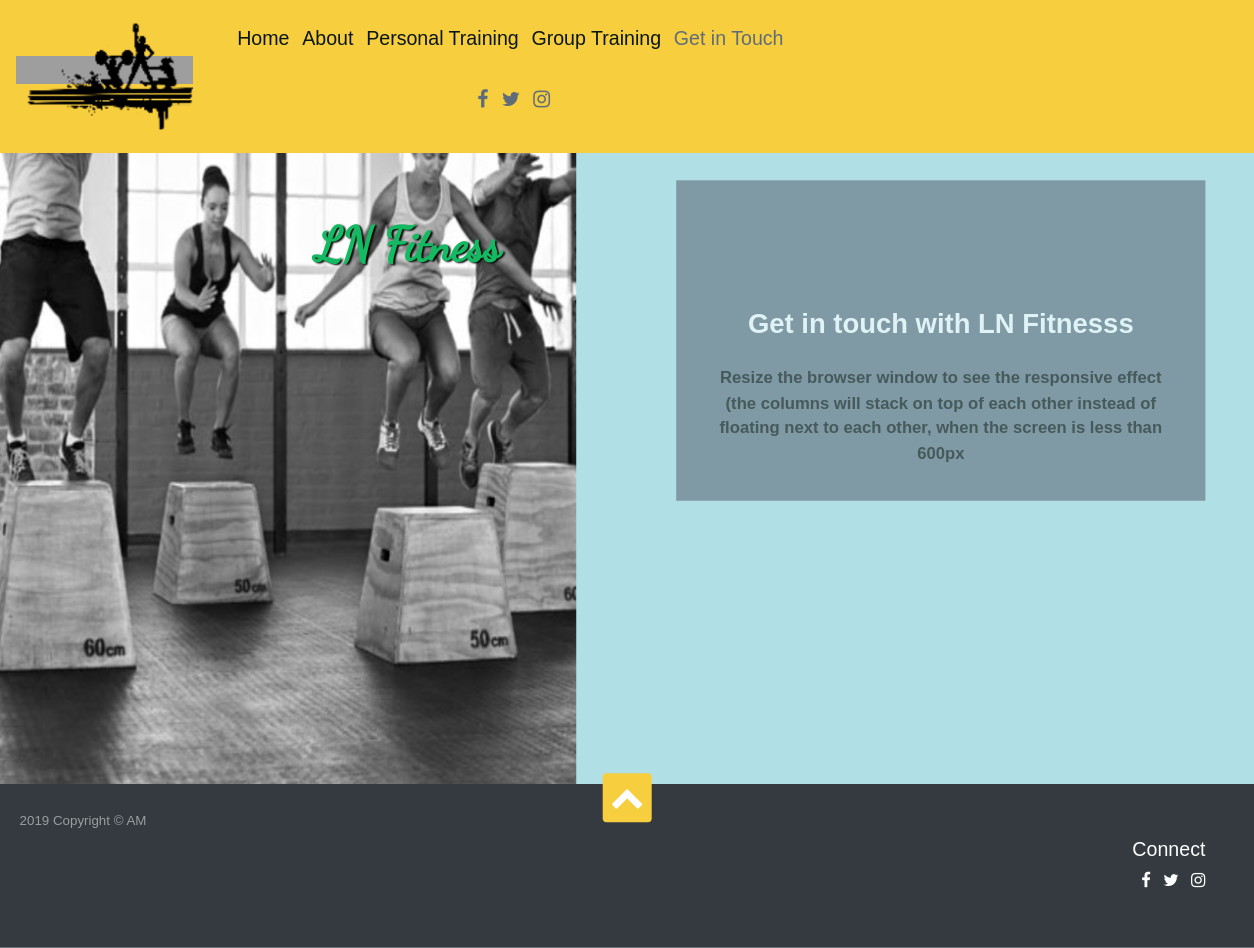
Repository: murphya14/Fitness-webpage
Page: get-in-touch.html
The author's editor kept a record of every edit. The page is drawn from the files as they stood at one moment, then again after the next edit.
The browser window is 1280 px wide. The pictures show the whole page, at 98% of full size.
Pictures or frames that could not be fetched are drawn as grey boxes. Some web libraries are served in a nearby version.

Above is the page before.

### get-in-touch.html
<!DOCTYPE html>
<html lang="en">

<head>
  <meta charset="UTF-8">
  <meta name="viewport" content="width=device-width, initial-scale=1.0">
  <meta http-equiv="X-UA-Compatible" content="ie=edge">
  <link rel="stylesheet" href="https://stackpath.bootstrapcdn.com/bootstrap/4.3.1/css/bootstrap.min.css" <link rel="stylesheet" href="https://stackpath.bootstrapcdn.com/font-awesome/4.7.0/css/font-awesome.min.css" type="text/css" />
  <link rel="stylesheet" href="assets/css/style.css" />
  <link rel="shortcut icon" type="image/x-icon" href="assets/favicon.ico">
  <link rel="stylesheet" href="https://cdnjs.cloudflare.com/ajax/libs/font-awesome/4.7.0/css/font-awesome.min.css">
  <link rel="stylesheet" type="text/css" href="//fonts.googleapis.com/css?family=Dancing+Script" />
   <script src="https://code.jquery.com/jquery-3.2.1.slim.min.js" integrity="sha384-KJ3o2DKtIkvYIK3UENzmM7KCkRr/rE9/Qpg6aAZGJwFDMVNA/GpGFF93hXpG5KkN" crossorigin="anonymous"></script>
  <title>Home</title>
</head>

<body>



  <header>
    <!-- Logo and Nav bar-->
    <!-- Used help from Stack overflow: https://stackoverflow.com/questions/23949804/how-to-change-link-color-bootstrap-->


    <nav class=" container-fliud navbar navbar-expand-lg navbar-custom  fixed-top navbar-light topnav">
      <div><a class="logo " href="index.html">
          <img src="assets/images/logo.png" alt="logo">
        </a></div>


      <div>
        <div>
          <ul class="nav justify-content-center container-fluid">

            <li class="nav-item">
              <a class="nav-link" href="index.html">Home</a>
            </li>
            <li class="nav-item ">
              <a class="nav-link" href="about.html">About</a>
            </li>
            <li class="nav-item  ">
              <a class="nav-link" href="personal-training.html">Personal Training</a>
              <li class="nav-item ">
                <a class="nav-link" href="group-training.html">Group Training</a>
              </li>
              <li class="nav-item ">
                <a class="nav-link" id="active" href="get-in-touch.html">Get in Touch</a>
              </li>
          </ul>

        </div>
        <!-- Select menu for Nav bar for smaller devices-->

        <select id="select">
    <option value="index.html" >Home</div>
    <option value="about.html" >About</option>
    <option value="personal-training.html">Personal Training</option>
    <option value="group-training" >Group Training</option>
    <option value="get-in-touch" selected="selected">Get in Touch</option>
  </select>

        <!-- Social links-->

        <div class="row no-gutters">
          <div class="col">

            <div class="nav-link">

              <ul class="list-inline social-links">
                <li class="list-inline-item">
                  <a target="_blank" href="#">
                            <i class="fa fa-facebook" aria-hidden="true"></i>
                            <span class="sr-only">Facebook</span>
                        </a>
                </li>
                <li class="list-inline-item">
                  <a target="_blank" href="#">
                            <i class="fa fa-twitter" aria-hidden="true"></i>
                            <span class="sr-only">Twitter</span>
                        </a>
                </li>


                <li class="list-inline-item">
                  <a target="_blank" href="#">
                            <i class="fa fa-instagram" aria-hidden="true"></i>
                            <span class="sr-only">Instagram</span>
                        </a>
                </li>

              </ul>
            </div>
          </div>
        </div>

    </nav>


  </header>

  <!-- Container for main image -->
 <section class="section">

  <div class="container-fluid">


 <div class="row">

  <div class="column main-image-contact image">
          <img src="assets/images/get-in-touch.jpg" alt="Jumping group">

          <h2 class="image-text">LN Fitness</h2>
  </div>
  <!-- Content for section -->

<div class="column contact-box">

  <h3 class="section-heading ">Get in touch with LN Fitness</h3>
  <div class="transbox">
    <h3 class="box-heading section-heading"> Get in touch with LN Fitnesss </h3>

      <p>
        Resize the browser window to see the responsive effect (the columns will stack on top of each other instead of floating next to each other, when the screen is less than 600px


      </p>
    </div>



  </div>
</div>




  </section>
  </div>




  <!-- footer-->


  <footer id="footer" class="container-fluid py-4 bg-dark text-white-50">
    <div class="row">
      <div class="col-sm-4 text-footer">
        <small>2019 Copyright &copy; AM</small></div>

      <div class="col-sm-4 "><a id="button"></a></div>


      <div class="col-sm-4">

        <!-- footer social media links-->
        <div class="footer-link">
          <h5 class="uppercase general-sub">Connect</h5>
          <ul class="list-inline social-links">
            <li class="list-inline-item">
              <a target="_blank" href="#">
                            <i class="fa fa-facebook" aria-hidden="true"></i>
                            <span class="sr-only">Facebook</span>
                        </a>
            </li>
            <li class="list-inline-item">
              <a target="_blank" href="#">
                            <i class="fa fa-twitter" aria-hidden="true"></i>
                            <span class="sr-only">Twitter</span>
                        </a>
            </li>


            <li class="list-inline-item">
              <a target="_blank" href="#">
                            <i class="fa fa-instagram" aria-hidden="true"></i>
                            <span class="sr-only">Instagram</span>
                        </a>
            </li>

          </ul>
        </div>

      </div>

  </footer>


  <!--------------Back to top button created with help from https://www.templatemonster.com/blog/back-to-top-button-css-jquery/--->
  <script src="https://code.jquery.com/jquery-3.4.1.slim.min.js"></script>
  <script src="https://cdnjs.cloudflare.com/ajax/libs/popper.js/1.15.0/umd/popper.min.js"></script>
  <script src="https://stackpath.bootstrapcdn.com/bootstrap/4.3.1/js/bootstrap.min.js"></script>


  <script>
    jQuery(document).ready(function() {

      var btn = $('#button');

      $(window).scroll(function() {
        if ($(window).scrollTop() > 300) {
          btn.addClass('show');
        }
        else {
          btn.removeClass('show');
        }
      });

      btn.on('click', function(e) {
        e.preventDefault();
        $('html, body').animate({ scrollTop: 0 }, '300');
      });

    });
  </script>




</body>

</html>

### assets/css/style.css
/*----------------------------------------------- Colours*/

.nav-link {
    color: #00ccff;
}

#active {
    color: #5F6C7A;
}

.navbar {
    background:#f7ce3e ;

}


li a:hover {
    color: #f7ce3e;
}

/*--------------------------------------------- General*/

body {font-size: 17px;
    font-family: "arial", sans-serif;
    margin: 0; padding: 0; overflow-x:hidden;
}

.center {
  display: block;
  margin-left: auto;
  margin-right: auto;
  width: 50%;
}


.inline-block {
    display: inline-block;
}







.highlight {color:#D2691E;
    padding:0;
    margin:0;
}








/*--------------------------------------------- Nav bar*/

nav ul {
    padding: 8px;
    margin-right: 0;
    display: block;
    font-size: 20px;
    font-weight: 600;



}

.logo {
    position: static;
    background: url("../images/rosie.jpg");
    background-position: center;
    background-repeat: no-repeat;
    margin-right:40px;
    padding-top: 10px;
    padding-left: 10px;
    min-height: 100px;
    transition: all .5s ease-in-out;
    -moz-transition: all .5s ease-in-out;
    -webkit-transition: all .5s ease-in-out;
    height: 10%;
    width: 25%;
}

.header {
    position: fixed;
    top: 0;
    left: 0;
    right: 0;
    background-color: #e84610;
    padding: 15px 25px;

}

nav select {
    display: none;
    background-color: #77C9D4;
    color: white;
    border: 1px solid #778899;
   position: relative;
   cursor: pointer;
   top: 100%;
  left: 0;
  right: 0;
  z-index: 99;

}

#select {color: #f7ce3e;
    background-color: #5F6C7A;
}


.nav-link
{color: #0A1612;
text-align: center;
padding: 8px;
    margin-right: 0;
    display: block;

    font-size:33;
    font-weight: 500;
    padding-left: 5px;
      transition: all 0.35s ease-in-out;
    -moz-transition: all 0.35s ease-in-out;
    -webkit-transition: all 0.35s ease-in-out;
    -o-transition: all 0.35s ease-in-out;
    max-width:100%;

}
/*-------------------------Social links*/
nav a {color:#5F6C7A;}

nav a:hover {
    color: white;
}

/*-------------------------------------------Section*/

/*-------------------------Section Image*/

.main-image {max-width:100%;
    height:100%;
    padding-left:0;
    padding-right:0;
    position: relative;
    transform: translate(-5%, +10%);
    margin: 0;

 }

.image-text {
   position: absolute;
   top: 250px;
   left: 70%;
   width: 100%;
   color:#13BA61;
   font-family: "Dancing Script";
   font-size: 48px;
   font-variant: normal;
   font-weight: 700;
   line-height: 26.4px;
   text-shadow: 2px 2px 2px #000;
    transform: translate(-50%, -50%);
 }


/*------------------Index.html*/
 .section {background-color:#B0E0E6;
  text-align: center;


     max-width:100%;
 }

.section-heading {color: #D2691E;
            text-align: center;
            margin-top:100px;
}

.section-p {padding:12px;
margin:10px;
    padding-bottom: 50px;
;


}

.section-p-about {padding:15px;
    text-align: center;
     width:75%;
}



.free-link {text-align: center;
    font-weight: 700;
    background-color: #5F6C7A;
    font:white;
    padding:15px;
    margin:15px;
    border-radius:15px;

  bottom: 5px;
  right: 30px;
  transition: background-color .3s;
  z-index: 1000;
  position: relative;
   left: 50%;

     transform: translate(-50%,-50%);


}

.section-link {color:white;
 width:120px;


}


.section a:hover {color:#f7ce3e;
text-decoration:none;

}

/*------------------About.html*/


/* With help from https://www.w3schools.com/css/tryit.asp?filename=trycss_transparency*/

div.transbox {
  margin: 50px;

  background-color: #5F6C7A;
  border: none;
  opacity: 0.6;
  filter: alpha(opacity=60);
  padding: 10px;
}

div.transbox p {
  margin: 5%;
  font-weight: bold;
  color: #000000;
}

.box-heading {font-weight:700;
color:white;}


/*------------------personal-training.html*/

.col-md-10 {transform: translate(+5%,0);}

.transbox-testimony {height:400px;
    transform: translate(+8%,0);
}

.testimony {transform: translate(+12%, +12%);}

/*------------------group-trainig.html*/

iframe {transform: translate(+50%, 0%);}

.timetable-link {
transform: translate(-50%,+40%);
    width: 25%;
}

/*------------------get-in-touch.html*/


  .row {
  display: flex;
}

.column {
  flex: 50%;
}

.main-image-contact {transform: translate(-5%,0%);}

.box-heading {padding-top:20px;}


/*--------------------------------------------- footer*/

#button {
  text-align: center;
  display: inline-block;
  background-color: #f7ce3e;
  width: 50px;

  border-radius: 4px;
  bottom: 10px;
  right: 30px;
  transition: background-color .3s;
  z-index: 1000;
  position: relative;
   left: 50%;

     transform: translate(-50%,-50%);


}


#button:hover {
  cursor: pointer;
  background-color: #333;
}
#button:active {
  background-color: #555;
}

#button::after {
  content: "\f077";
  font-family: FontAwesome;
  font-weight: normal;
  font-style: normal;
  font-size: 2em;
  line-height: 50px;
  color: #fff;
}

.footer-link
{color: white;
text-align: right;

    float: none;
    padding-bottom: 15px;
    padding-right: 30px;
    padding-top:30px;
    font-size:33;
    font-weight: 500;
    padding-left: 5px;
      transition: all 0.35s ease-in-out;
    -moz-transition: all 0.35s ease-in-out;
    -webkit-transition: all 0.35s ease-in-out;
    -o-transition: all 0.35s ease-in-out;

}

footer a {color:white;}

 footer  a:hover {
    color: #f7ce3e;
}

.text-footer {float: left;
padding-bottom: 5px;
text-align: left;

}

#footer { min-height: 120px;

    margin: 0;
    padding: 20px;
    max-width:100%;}



/*------------- Responsive design*/

/* Extra small devices (phones, 600px and down) */


@media only screen and (max-width: 600px) {

/*------------------------------------- Changing the menu to a select bar for smaller screens*/
  .topnav {display: none;
    }
    nav select {
        display: inline-block;
        width: 55%;
        height: 25%;
          border-radius: 4px;
        position: left;
    }
    .nav-item {
        display: none;
    }
    .logo {
        position: right;
        height: 80%;
    }
     .column {
    width: 100%;
  }
}






/* Small devices (portrait tablets and large phones, 600px and up) */

@media only screen and (min-width: 600px) {}

/* Medium devices (landscape tablets, 768px and up) */

@media only screen and (min-width: 768px) {
.section-p-about {  transform: translate(25%, 0);}
}

/* Large devices (laptops/desktops, 992px and up) */

@media only screen and (min-width: 992px) {
    ...
}

/* Extra large devices (large laptops and desktops, 1200px and up) */

@media only screen and (min-width: 1200px)
}

After the next edit:
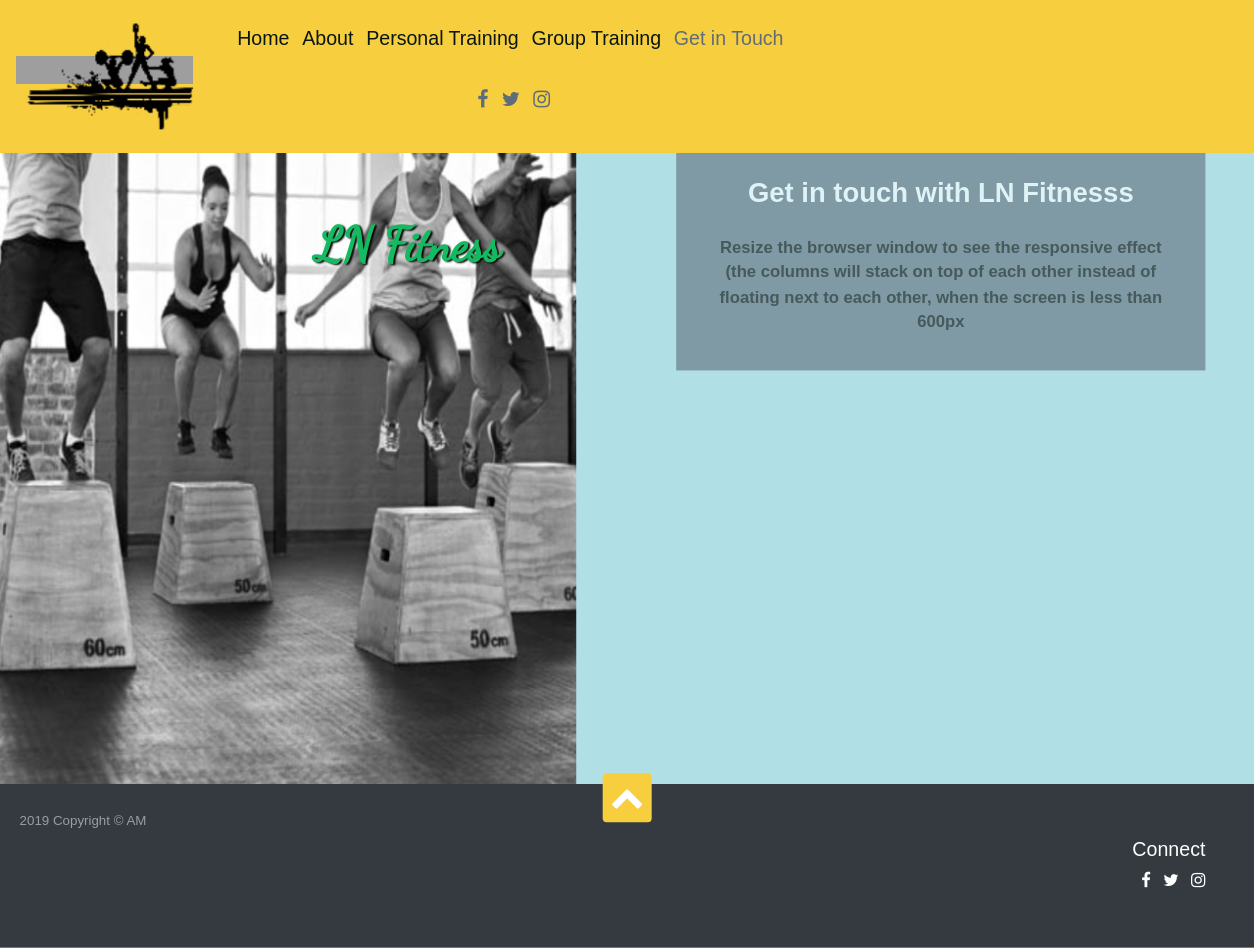
The edit:
--- a/get-in-touch.html
+++ b/get-in-touch.html
@@ -116,7 +116,7 @@
 
 <div class="column contact-box">
 
-  <h3 class="section-heading ">Get in touch with LN Fitness</h3>
+
   <div class="transbox">
     <h3 class="box-heading section-heading"> Get in touch with LN Fitnesss </h3>
 
